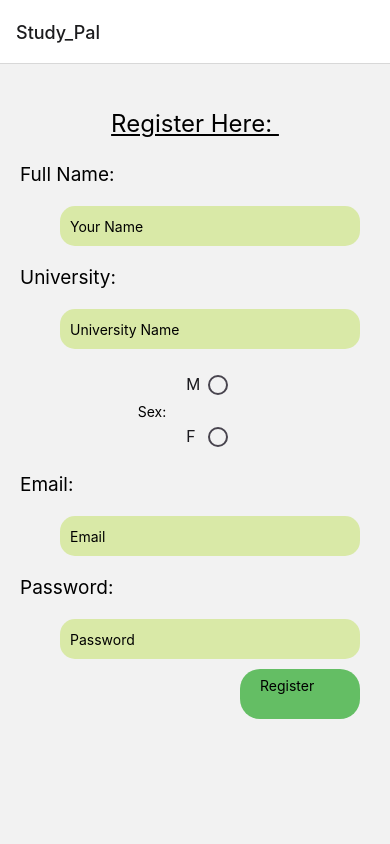
Repository: abdurehmanali611/Study-Pal
Screen: /
The author's editor kept a copy of each file at every save. The screen is drawn from the files as they stood at one save, then again after the next save.
The app was drawn by React Native's web renderer in a window 390 px wide. The project was rebuilt for these pictures with package versions that can differ from the ones it lists, and the page was loaded fresh each time. Also part of the build but not shown: Front_Pages/Home.js, Screens/Softwareeng.js, Screens/Computersci.js, Screens/Informationsci.js, Screens/Informationtech.js, Screens/Softwarecards.js, Screens/Computercards.js, Screens/Sciencecards.js and 4 more.

Above is the screen before, as saved 2024-01-23 22:22:30.

### App.js
import { createStackNavigator } from "@react-navigation/stack";
import { NavigationContainer } from "@react-navigation/native";
import Sign_Up from "./Front_Pages/Sign_Up";
import Home from "./Front_Pages/Home";
import Softwareeng from "./Screens/Softwareeng";
import Computersci from "./Screens/Computersci";
import Informationsci from "./Screens/Informationsci";
import Informationtech from "./Screens/Informationtech";
import Softwarecards from "./Screens/Softwarecards";
import Computercards from "./Screens/Computercards";
import Sciencecards from "./Screens/Sciencecards";
import Technologycards from "./Screens/Technologycards";
import About_Us from "./Profile_pages/About_Us";
import Contacts from "./Profile_pages/Contacts";
import Setting from "./Profile_pages/Setting";

const stack = createStackNavigator();

const App = () => {

  return  <NavigationContainer>
       <stack.Navigator initialRouteName="Sign">
       <stack.Screen name="Sign" component={Sign_Up} options={{title: 'Study_Pal'}} />
       <stack.Screen name ="Home" component={Home} options={{title: 'Study_Pal'}}/>
       <stack.Screen name="software" component={Softwareeng} options={{title: 'Study_Pal'}}/>
       <stack.Screen name="softwarecard" component={Softwarecards} options={{title: 'Study_Pal'}}/>
       <stack.Screen name="computer" component={Computersci} options={{title: 'Study_Pal'}}/>
       <stack.Screen name="computercard" component={Computercards} options={{title: 'Study_Pal'}}/>
       <stack.Screen name="information" component={Informationsci} options={{title: 'Study_Pal'}}/>
       <stack.Screen name="informationcard" component={Sciencecards} options={{title: 'Study_Pal'}}/>
       <stack.Screen name="technology" component={Informationtech} options={{title: 'Study_Pal'}}/>
       <stack.Screen name="technologycard" component={Technologycards} options={{title: 'Study_Pal'}}/>
       <stack.Screen name="about" component={About_Us} options={{title: 'Study_Pal'}}/>
       <stack.Screen name="contact" component={Contacts} options={{title: 'Study_Pal'}}/>
       <stack.Screen name="setting" component={Setting} options={{title: 'Study_Pal'}}/>
       </stack.Navigator>
   </NavigationContainer>
}

export default App

### Front_Pages/Sign_Up.js
import { View, Text, TextInput, StyleSheet, ScrollView, TouchableOpacity, Alert } from 'react-native'
import React, { useState, useLayoutEffect } from 'react'
import {RadioButton} from 'react-native-paper'

const Sign_Up = ({navigation}) => {

   const [sex, setSex] = useState('')
   const [name, setName] = useState('')
   const [university, setUniversity] = useState('')
   const [email, setEmail] = useState('')
   const [password, setPassword] = useState('')

   const register = () => {

      if (name == '' || name.startsWith('_') ) {

        Alert.alert(
            'Invalid Input',
            'You have entered an invalid input',
            [
                {text: 'OK'}
        ]
        )
      }else {
           navigation.navigate('Home')
      }
   }

  return <ScrollView
      showsVerticalScrollIndicator = {false}
      style = {styles.overall}>
         <View style = {styles.title}>
            <Text style = {styles.texttitle}>Register Here: </Text>
         </View>
         <View>
            <Text style = {styles.objecttext}>Full Name: </Text>
            <TextInput
            value={name}
            onChangeText={(newname) => setName(newname)}
            style = {styles.textinput}
            placeholder='Your Name'
            textContentType='name'
            />
         </View>
         <View>
            <Text style = {styles.objecttext}>University: </Text>
            <TextInput
            value={university}
            onChangeText={(newuniversity) => setUniversity(newuniversity)}
            style = {styles.textinput}
            placeholder='University Name'
            textContentType='name'
            />
         </View>
         <View style = {{flexDirection: 'row', alignSelf: 'center'}}>
            <View style = {{justifyContent: 'center'}}>
               <Text>Sex: </Text>
            </View>
            <View>
          <RadioButton.Group
          value={sex}
          onValueChange={(yoursex) => setSex(yoursex)}
          >
             <RadioButton.Item
             label='M'
             value='male'
             color='green'
             />
             <RadioButton.Item
             label='F'
             value='female'
             color='red'
             />
          </RadioButton.Group>
          </View>
         </View>
         <View>
         <View>
            <Text style = {styles.objecttext}>Email: </Text>
            <TextInput
            value={email}
            onChangeText={(newemail) => setEmail(newemail)}
            style = {styles.textinput}
            placeholder='Email'
            textContentType='emailAddress'
            />
         </View>
         <View>
            <Text style = {styles.objecttext}>Password: </Text>
            <TextInput
            value={password}
            onChangeText={(newpassword) => setPassword(newpassword)}
            style = {styles.textinput}
            placeholder='Password'
            textContentType='password'
            />
         </View>
         </View>
         <View>
          <TouchableOpacity
          style = {styles.press}
          onPress={register}
          >
             <Text>
                Register
             </Text>
          </TouchableOpacity>
         </View>
        </ScrollView>

}

const randomRGB = () => {

   const red = Math.floor(Math.random() * 256)
   const green = Math.floor(Math.random() * 256)
   const blue = Math.floor(Math.random() * 256)

   return `rgb(${red},${green}, ${blue})`
}

const styles = StyleSheet.create ({

    overall : {
       marginVertical: 30,
       marginHorizontal: 20
    },
    title : {
        alignItems: 'center',
        marginVertical: 15
    },
    texttitle : {
        fontSize: 24,
        textDecorationLine: 'underline'
    },
    objecttext : {
        fontSize: 19,
        marginVertical: 10
    },
    textinput : {
        marginHorizontal: 40,
        borderRadius: 15,
        backgroundColor: randomRGB(),
        width: 300,
        height: 40,
        paddingLeft: 10,
        marginVertical: 10
    },
    press : {
      marginHorizontal: 220,
      borderRadius: 20,
      backgroundColor: `rgb(100,190,100)`,
      height: 50,
      width: 120,
      paddingLeft: 20,
      paddingTop: 8
    }
})

export default Sign_Up

After the next save:
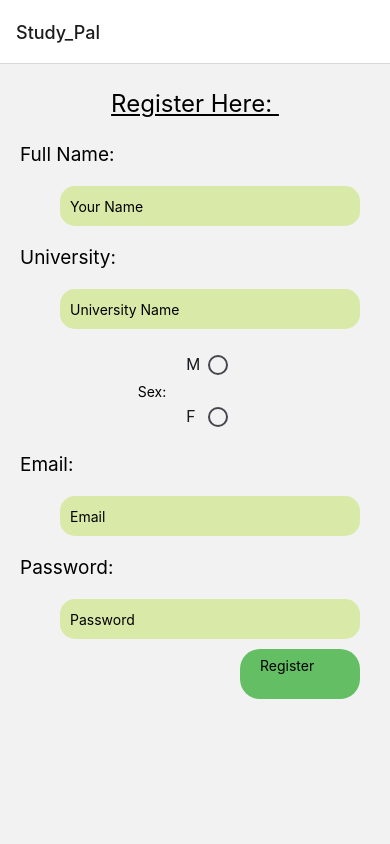
Saved 16 s later.
--- a/Front_Pages/Sign_Up.js
+++ b/Front_Pages/Sign_Up.js
@@ -122,7 +122,7 @@ const randomRGB = () => {
 const styles = StyleSheet.create ({
 
     overall : {
-       marginVertical: 30,
+       marginVertical: 10,
        marginHorizontal: 20
     },
     title : {
